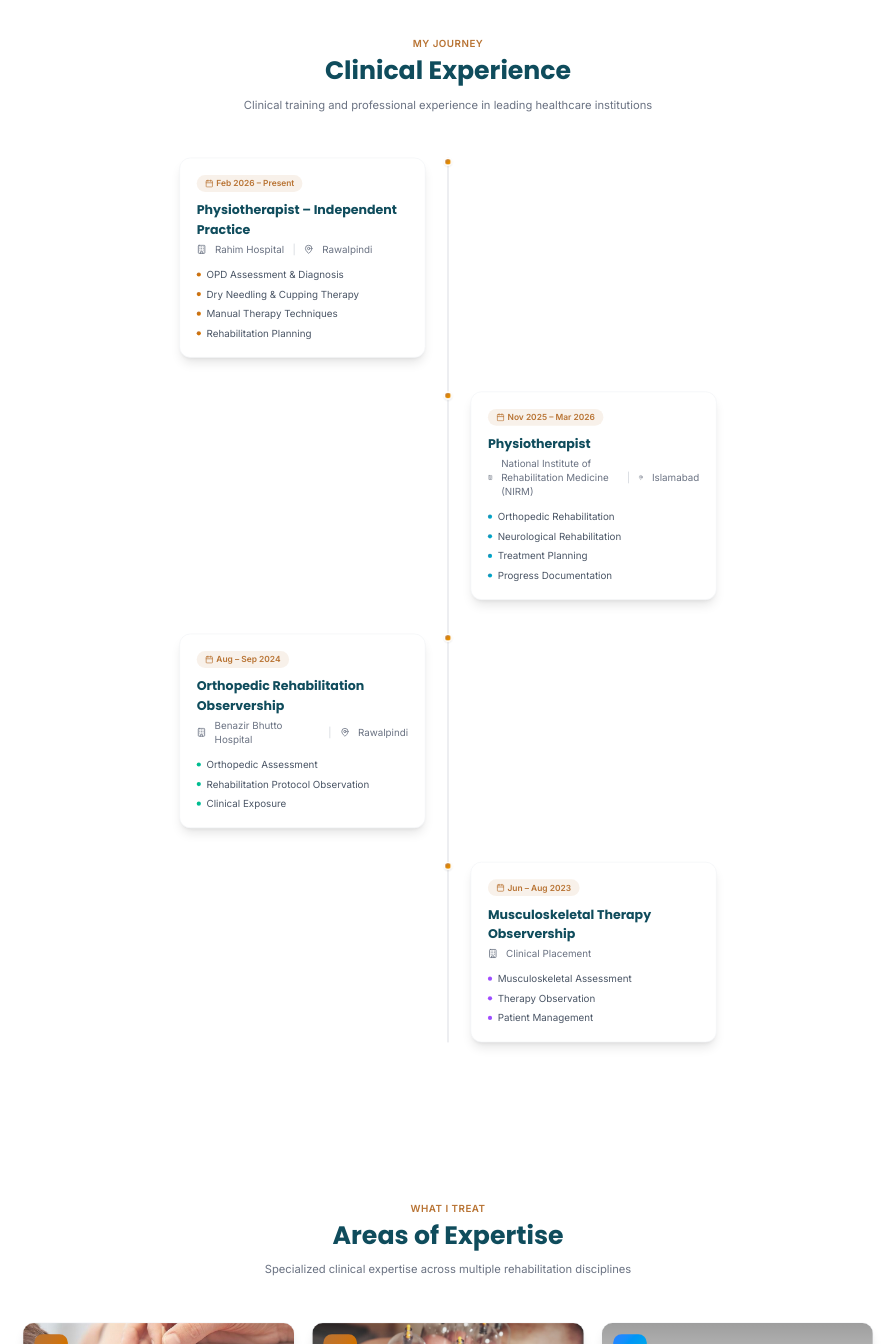
Repository: DaniGull01/dr_ghazala_mushtaq
Page: /
These files come from the project's save history. The page is drawn as it stood at one moment and after the next save; the edit follows.
The browser window is 1280 px wide. The pictures show the part of the page from y = 1793 to 3713 px (the page is 13087 px tall before and 12753 px after), at 70% of full size.
Pictures or frames that could not be fetched are drawn as grey boxes. The project was rebuilt for these pictures with package versions that can differ from the ones it lists, and the page was loaded fresh each time. Also part of the build but not shown: vite.config.js.

Above is the page before, as saved 2026-10-21 19:22:31.

### index.html
<!doctype html>
<html lang="en">
  <head>
    <meta charset="UTF-8" />
    <link rel="icon" type="image/svg+xml" href="/vite.svg" />
    <meta name="viewport" content="width=device-width, initial-scale=1.0" />
    <meta name="description" content="Dr. Ghazala Mushtaq - Doctor of Physical Therapy (DPT). Specializing in musculoskeletal, orthopedic, neurological and pediatric rehabilitation." />
    <meta name="keywords" content="physiotherapist, physical therapy, DPT, rehabilitation, Islamabad, Rawalpindi" />
    <link rel="preconnect" href="https://fonts.googleapis.com" />
    <link rel="preconnect" href="https://fonts.gstatic.com" crossorigin />
    <link href="https://fonts.googleapis.com/css2?family=Inter:wght@300;400;500;600;700&family=Poppins:wght@400;500;600;700;800&display=swap" rel="stylesheet" />
    <title>Dr. Ghazala Mushtaq | Doctor of Physical Therapy</title>
  </head>
  <body>
    <div id="root"></div>
    <script type="module" src="/src/main.jsx"></script>
  </body>
</html>

### src/App.jsx
import Navbar from './components/Navbar'
import Hero from './components/Hero'
import About from './components/About'
import Expertise from './components/Expertise'
import Services from './components/Services'
import Experience from './components/Experience'
import Certifications from './components/Certifications'
import Research from './components/Research'
import Skills from './components/Skills'
import Achievements from './components/Achievements'
import WhyChooseMe from './components/WhyChooseMe'
import CTA from './components/CTA'
import Contact from './components/Contact'
import Footer from './components/Footer'
import Reviews from './components/Reviews'

export default function App() {
  return (
    <div className="min-h-screen bg-white">
      <Navbar />
      <Hero />
      <About />
      <Experience />
      <Expertise />
      <Services />

      <Certifications />
      <Research />
      <Skills />
      <Achievements />
      <WhyChooseMe />
       <Reviews/>
      <CTA />
      <Contact />
      <Footer />
    </div>
  )
}

### src/index.css
@import "tailwindcss";

@theme {
  --color-deep-teal: #0F4C5C;
  --color-medical-blue: #2E86AB;
  --color-warm-copper: #B87333;
  --color-light-cream: #F8F5F0;
  --color-soft-gray: #6B7280;

  --font-heading: 'Poppins', sans-serif;
  --font-body: 'Inter', sans-serif;
}

html {
  scroll-behavior: smooth;
}

body {
  font-family: var(--font-body);
  color: #1f2937;
}

::-webkit-scrollbar {
  width: 8px;
}

::-webkit-scrollbar-track {
  background: #f1f1f1;
}

::-webkit-scrollbar-thumb {
  background: var(--color-medical-blue);
  border-radius: 4px;
}

::selection {
  background: var(--color-medical-blue);
  color: white;
}

### src/components/About.jsx
import { motion } from 'framer-motion'
import { Quote } from 'lucide-react'

const fadeUp = {
  hidden: { opacity: 0, y: 40 },
  visible: { opacity: 1, y: 0 },
}

export default function About() {
  return (
    <section id="about" className="py-20 lg:py-28 bg-light-cream">
      <div className="max-w-7xl mx-auto px-4 sm:px-6 lg:px-8">
        <div className="grid lg:grid-cols-2 gap-12 lg:gap-16 items-center">
          {/* Left - Image Placeholder */}
          <motion.div
            initial="hidden"
            whileInView="visible"
            viewport={{ once: true, margin: '-100px' }}
            variants={fadeUp}
            transition={{ duration: 0.6 }}
            className="relative"
          >
            <div className="relative rounded-3xl overflow-hidden shadow-2xl">
              <div className="w-full h-[500px]">
                <img
                  src="./1000512109.jpg"
                  alt="Dr. Ghazala Mushtaq"
                  className="w-full h-full object-contain"
                />
                {/* Gradient overlay */}

              </div>
            </div>
            {/* Decorative elements */}
            <div className="absolute -bottom-4 -right-4 w-24 h-24 border-2 border-warm-copper/30 rounded-2xl -z-10" />
            <div className="absolute -top-4 -left-4 w-24 h-24 bg-warm-copper/10 rounded-2xl -z-10" />
          </motion.div>

          {/* Right - Content */}
          <motion.div
            initial="hidden"
            whileInView="visible"
            viewport={{ once: true, margin: '-100px' }}
            variants={fadeUp}
            transition={{ duration: 0.6, delay: 0.2 }}
          >
            <span className="text-warm-copper font-semibold text-sm tracking-wider uppercase">About Doctor</span>
            <h2 className="text-3xl lg:text-4xl font-heading font-bold text-deep-teal mt-2 mb-6">
              Meet Dr. Ghazala Mushtaq
            </h2>
            <p className="text-gray-600 leading-relaxed mb-6">
             Dr. Ghazala Mushtaq is a Doctor of Physical Therapy (DPT) and Consultant Physiotherapist dedicated to providing patient-centered physiotherapy and rehabilitation services. She focuses on helping individuals improve mobility, manage pain, restore physical function, and enhance their quality of life through individualized rehabilitation plans and evidence-informed clinical care.
            </p>
            <p className="text-gray-600 leading-relaxed mb-8">
              She has professional experience in hospital-based physiotherapy and clinical practice, along with specialized training in dry needling and cupping therapy. Her approach emphasizes appropriate assessment, personalized treatment, patient education, and functional recovery.
            </p>

            <div className="grid grid-cols-2 gap-4">
              {[
                'Musculoskeletal Rehabilitation',
                'Orthopedic Rehabilitation',
                'Pediatric Rehabilitation',
                'Neurological Rehabilitation',
                'Post-Operative Care',
                'Pain Management',
              ].map((item, i) => (
                <motion.div
                  key={item}
                  initial={{ opacity: 0, x: -20 }}
                  whileInView={{ opacity: 1, x: 0 }}
                  viewport={{ once: true }}
                  transition={{ delay: 0.3 + i * 0.1 }}
                  className="flex items-center gap-2 text-gray-700"
                >
                  <div className="w-2 h-2 rounded-full bg-warm-copper flex-shrink-0" />
                  <span className="text-sm">{item}</span>
                </motion.div>
              ))}
            </div>
          </motion.div>
        </div>
      </div>
    </section>
  )
}

### src/components/Experience.jsx
import { motion } from 'framer-motion'
import { MapPin, Calendar, Building } from 'lucide-react'

const experiences = [
  {
    period: 'Feb 2026 – Present',
    title: 'Physiotherapist – Independent Practice',
    org: 'Rahim Hospital',
    location: 'Rawalpindi',
    color: 'from-warm-copper to-amber-600',
    items: [
      'OPD Assessment & Diagnosis',
      'Dry Needling & Cupping Therapy',
      'Manual Therapy Techniques',
      'Rehabilitation Planning',
    ],
  },
  {
    period: 'Nov 2025 – Mar 2026',
    title: 'Physiotherapist',
    org: 'National Institute of Rehabilitation Medicine (NIRM)',
    location: 'Islamabad',
    color: 'from-medical-blue to-cyan-500',
    items: [
      'Orthopedic Rehabilitation',
      'Neurological Rehabilitation',
      'Treatment Planning',
      'Progress Documentation',
    ],
  },
  {
    period: 'Aug – Sep 2024',
    title: 'Orthopedic Rehabilitation Observership',
    org: 'Benazir Bhutto Hospital',
    location: 'Rawalpindi',
    color: 'from-emerald-500 to-teal-500',
    items: [
      'Orthopedic Assessment',
      'Rehabilitation Protocol Observation',
      'Clinical Exposure',
    ],
  },
  {
    period: 'Jun – Aug 2023',
    title: 'Musculoskeletal Therapy Observership',
    org: 'Clinical Placement',
    location: '',
    color: 'from-purple-500 to-violet-500',
    items: [
      'Musculoskeletal Assessment',
      'Therapy Observation',
      'Patient Management',
    ],
  },
]

export default function Experience() {
  return (
    <section id="experience" className="py-20 lg:py-28 bg-white">
      <div className="max-w-7xl mx-auto px-4 sm:px-6 lg:px-8">
        <motion.div
          initial={{ opacity: 0, y: 30 }}
          whileInView={{ opacity: 1, y: 0 }}
          viewport={{ once: true }}
          transition={{ duration: 0.6 }}
          className="text-center mb-16"
        >
          <span className="text-warm-copper font-semibold text-sm tracking-wider uppercase">My Journey</span>
          <h2 className="text-3xl lg:text-4xl font-heading font-bold text-deep-teal mt-2">
            Clinical Experience
          </h2>
          <p className="text-gray-500 mt-4 max-w-2xl mx-auto">
            Clinical training and professional experience in leading healthcare institutions
          </p>
        </motion.div>

        <div className="relative max-w-3xl mx-auto">
          {/* Vertical Line */}
          <div className="absolute left-0 md:left-1/2 top-0 bottom-0 w-0.5 bg-gray-200 md:-translate-x-px" />

          {experiences.map((exp, index) => (
            <motion.div
              key={exp.title}
              initial={{ opacity: 0, x: index % 2 === 0 ? -40 : 40 }}
              whileInView={{ opacity: 1, x: 0 }}
              viewport={{ once: true, margin: '-50px' }}
              transition={{ duration: 0.6, delay: index * 0.1 }}
              className={`relative flex flex-col md:flex-row gap-6 md:gap-12 mb-12 last:mb-0 ${
                index % 2 === 0 ? 'md:flex-row' : 'md:flex-row-reverse'
              }`}
            >
              {/* Timeline Dot */}
              <div className="absolute left-[-5px] md:left-1/2 md:-translate-x-1/2 w-3 h-3 rounded-full bg-gradient-to-br from-warm-copper to-amber-500 border-2 border-white shadow z-10" />

              {/* Content Card */}
              <div className={`ml-8 md:ml-0 md:w-1/2 ${index % 2 === 0 ? 'md:pr-8' : 'md:pl-8'}`}>
                <div className="bg-white rounded-2xl p-6 shadow-lg hover:shadow-xl transition-all duration-300 border border-gray-100">
                  <span className="inline-flex items-center gap-1 text-xs font-semibold text-warm-copper bg-warm-copper/10 px-3 py-1 rounded-full mb-3">
                    <Calendar size={12} />
                    {exp.period}
                  </span>
                  <h3 className="text-lg font-heading font-bold text-deep-teal mb-1">{exp.title}</h3>
                  <div className="flex items-center gap-3 text-gray-500 text-sm mb-4">
                    <Building size={14} />
                    <span>{exp.org}</span>
                    {exp.location && (
                      <>
                        <span className="text-gray-300">|</span>
                        <MapPin size={14} />
                        <span>{exp.location}</span>
                      </>
                    )}
                  </div>
                  <ul className="space-y-2">
                    {exp.items.map((item) => (
                      <li key={item} className="flex items-center gap-2 text-gray-600 text-sm">
                        <div className={`w-1.5 h-1.5 rounded-full bg-gradient-to-br ${exp.color} flex-shrink-0`} />
                        {item}
                      </li>
                    ))}
                  </ul>
                </div>
              </div>
            </motion.div>
          ))}
        </div>
      </div>
    </section>
  )
}

### src/components/Skills.jsx
import { motion } from 'framer-motion'
import { useInView } from 'framer-motion'
import { useRef } from 'react'

const skills = [
  { name: 'Patient Assessment', level: 95 },
  { name: 'Manual Therapy', level: 92 },
  { name: 'Musculoskeletal Rehabilitation', level: 93 },
  { name: 'Orthopedic Rehabilitation', level: 90 },
  { name: 'Neurological Rehabilitation', level: 85 },
  { name: 'Dry Needling', level: 88 },
  { name: 'Cupping Therapy', level: 90 },
  { name: 'Electrotherapy', level: 87 },
  { name: 'Pain Management', level: 91 },
  { name: 'Documentation & Reporting', level: 89 },
]

function SkillBar({ name, level, index }) {
  const ref = useRef(null)
  const isInView = useInView(ref, { once: true, margin: '-50px' })

  return (
    <div ref={ref} className="space-y-2">
      <div className="flex justify-between items-center">
        <span className="text-sm font-medium text-gray-700">{name}</span>
        <span className="text-xs font-bold text-medical-blue">{level}%</span>
      </div>
      <div className="w-full h-2.5 bg-gray-100 rounded-full overflow-hidden">
        <motion.div
          initial={{ width: 0 }}
          animate={isInView ? { width: `${level}%` } : { width: 0 }}
          transition={{ duration: 1, delay: index * 0.1, ease: 'easeOut' }}
          className="h-full rounded-full bg-gradient-to-r from-medical-blue to-deep-teal"
        />
      </div>
    </div>
  )
}

export default function Skills() {
  return (
    <section id="skills" className="py-20 lg:py-28 bg-light-cream">
      <div className="max-w-7xl mx-auto px-4 sm:px-6 lg:px-8">
        <motion.div
          initial={{ opacity: 0, y: 30 }}
          whileInView={{ opacity: 1, y: 0 }}
          viewport={{ once: true }}
          transition={{ duration: 0.6 }}
          className="text-center mb-16"
        >
          <span className="text-warm-copper font-semibold text-sm tracking-wider uppercase">Proficiencies</span>
          <h2 className="text-3xl lg:text-4xl font-heading font-bold text-deep-teal mt-2">
            Professional Skills
          </h2>
          <p className="text-gray-500 mt-4 max-w-2xl mx-auto">
            Clinical competencies developed through rigorous training and practice
          </p>
        </motion.div>

        <div className="grid lg:grid-cols-5 gap-8 items-center max-w-5xl mx-auto">
          {/* Skills Bars */}
          <div className="lg:col-span-3">
            <div className="grid sm:grid-cols-2 gap-x-12 gap-y-6">
              {skills.map((skill, index) => (
                <SkillBar key={skill.name} name={skill.name} level={skill.level} index={index} />
              ))}
            </div>
          </div>

          {/* Image */}
          <motion.div
            initial={{ opacity: 0, x: 30 }}
            whileInView={{ opacity: 1, x: 0 }}
            viewport={{ once: true }}
            transition={{ duration: 0.6, delay: 0.3 }}
            className="lg:col-span-2"
          >
            <div className="relative rounded-3xl overflow-hidden shadow-xl">
              <img
                src="https://images.unsplash.com/photo-1579684385127-1ef15d508118?w=500&q=80"
                alt="Physiotherapy practice"
                className="w-full h-72 lg:h-96 object-cover"
                loading="lazy"
              />
              <div className="absolute inset-0 bg-gradient-to-t from-deep-teal/50 via-transparent to-transparent" />
              <div className="absolute bottom-6 left-6 right-6">
                <p className="text-white font-heading font-semibold text-lg">Comprehensive Care</p>
                <p className="text-white/80 text-sm">Evidence-based techniques for every condition</p>
              </div>
            </div>
          </motion.div>
        </div>
      </div>
    </section>
  )
}

### src/components/CTA.jsx
import { motion } from 'framer-motion'
import { Calendar, MessageCircle } from 'lucide-react'

export default function CTA() {
  return (
    <section className="relative py-24 lg:py-32 overflow-hidden">
      {/* Background */}
      <div className="absolute inset-0 bg-gradient-to-br from-deep-teal via-deep-teal to-medical-blue" />

      {/* Medical Background Image */}
      <div
        className="absolute inset-0 opacity-10"
        style={{
          backgroundImage: "url('https://images.unsplash.com/photo-1576091160399-112ba8d25d1d?w=1920&q=80')",
          backgroundSize: 'cover',
          backgroundPosition: 'center',
        }}
      />

      {/* Abstract Medical Shapes */}
      <div className="absolute inset-0 opacity-10">
        <div className="absolute top-10 left-10 w-64 h-64 border border-white/30 rounded-full" />
        <div className="absolute bottom-10 right-10 w-80 h-80 border border-white/20 rounded-full" />
        <div className="absolute top-1/2 left-1/2 -translate-x-1/2 -translate-y-1/2 w-96 h-96 border border-white/10 rounded-full" />
        <div className="absolute top-20 right-20 w-48 h-48 bg-white/10 rounded-full blur-3xl" />
        <div className="absolute bottom-20 left-20 w-56 h-56 bg-warm-copper/20 rounded-full blur-3xl" />
        {/* Cross/plus medical symbols */}
        <div className="absolute top-1/4 left-1/4 text-white/20 text-6xl font-light">+</div>
        <div className="absolute bottom-1/4 right-1/4 text-white/20 text-6xl font-light">+</div>
      </div>

      <div className="relative max-w-4xl mx-auto px-4 sm:px-6 lg:px-8 text-center">
        <motion.div
          initial={{ opacity: 0, y: 30 }}
          whileInView={{ opacity: 1, y: 0 }}
          viewport={{ once: true }}
          transition={{ duration: 0.6 }}
        >
          <h2 className="text-3xl sm:text-4xl lg:text-5xl font-heading font-bold text-white mb-6 leading-tight">
            Start Your Recovery Journey Today
          </h2>
          <p className="text-gray-200 text-lg max-w-2xl mx-auto mb-10 leading-relaxed">
            Take the first step toward a pain-free, active lifestyle. Book your consultation now and experience personalized physiotherapy care.
          </p>
          <div className="flex flex-wrap justify-center gap-4">
            <a
              href="#contact"
              className="inline-flex items-center gap-2 bg-warm-copper hover:bg-warm-copper/90 text-white px-8 py-3.5 rounded-full font-semibold text-base transition-all hover:shadow-xl hover:shadow-warm-copper/30"
            >
              <Calendar size={18} />
              Book Appointment
            </a>
            <a
              href="https://wa.me/923188910400"
              target="_blank"
              rel="noopener noreferrer"
              className="inline-flex items-center gap-2 bg-white/10 hover:bg-white/20 text-white px-8 py-3.5 rounded-full font-semibold text-base transition-all border border-white/30"
            >
              <MessageCircle size={18} />
              WhatsApp Consultation
            </a>
          </div>
        </motion.div>
      </div>
    </section>
  )
}

### src/components/Reviews.jsx
import { motion } from 'framer-motion'
import ReviewsList from './ReviewsList'
import ReviewForm from './ReviewForm'

export default function Reviews() {
  return (
    <section id="reviews" className="py-20 lg:py-28 bg-light-cream">
      <div className="max-w-7xl mx-auto px-4 sm:px-6 lg:px-8">
        <motion.div
          initial={{ opacity: 0, y: 30 }}
          whileInView={{ opacity: 1, y: 0 }}
          viewport={{ once: true }}
          transition={{ duration: 0.6 }}
          className="text-center mb-16"
        >
          <span className="text-warm-copper font-semibold text-sm tracking-wider uppercase">
            Patient Feedback
          </span>
          <h2 className="text-3xl lg:text-4xl font-heading font-bold text-deep-teal mt-2">
            What Patients Say
          </h2>
          <p className="text-gray-500 mt-4 max-w-2xl mx-auto">
            Real experiences from people who've completed treatment
          </p>
        </motion.div>

        <div className="grid lg:grid-cols-5 gap-8 items-start">
          {/* Reviews take more visual weight — social proof first */}
          <div className="lg:col-span-3">
            <ReviewsList />
          </div>
          <div className="lg:col-span-2 lg:sticky lg:top-24">
            <ReviewForm />
          </div>
        </div>
      </div>
    </section>
  )
}

Loaded but not shown: src/main.jsx (common file); src/components/Contact.jsx (258 lines, source omitted); src/components/Services.jsx (236 lines, source omitted); src/components/ReviewsList.jsx (208 lines, source omitted); src/components/ReviewForm.jsx (196 lines, source omitted); src/components/Hero.jsx (137 lines, source omitted); src/components/Navbar.jsx (142 lines, source omitted); src/components/Expertise.jsx (134 lines, source omitted); src/components/Achievements.jsx (101 lines, source omitted); src/components/Footer.jsx (106 lines, source omitted); src/components/Certifications.jsx (111 lines, source omitted); src/components/Research.jsx (82 lines, source omitted); src/components/WhyChooseMe.jsx (90 lines, source omitted)

After the next save:
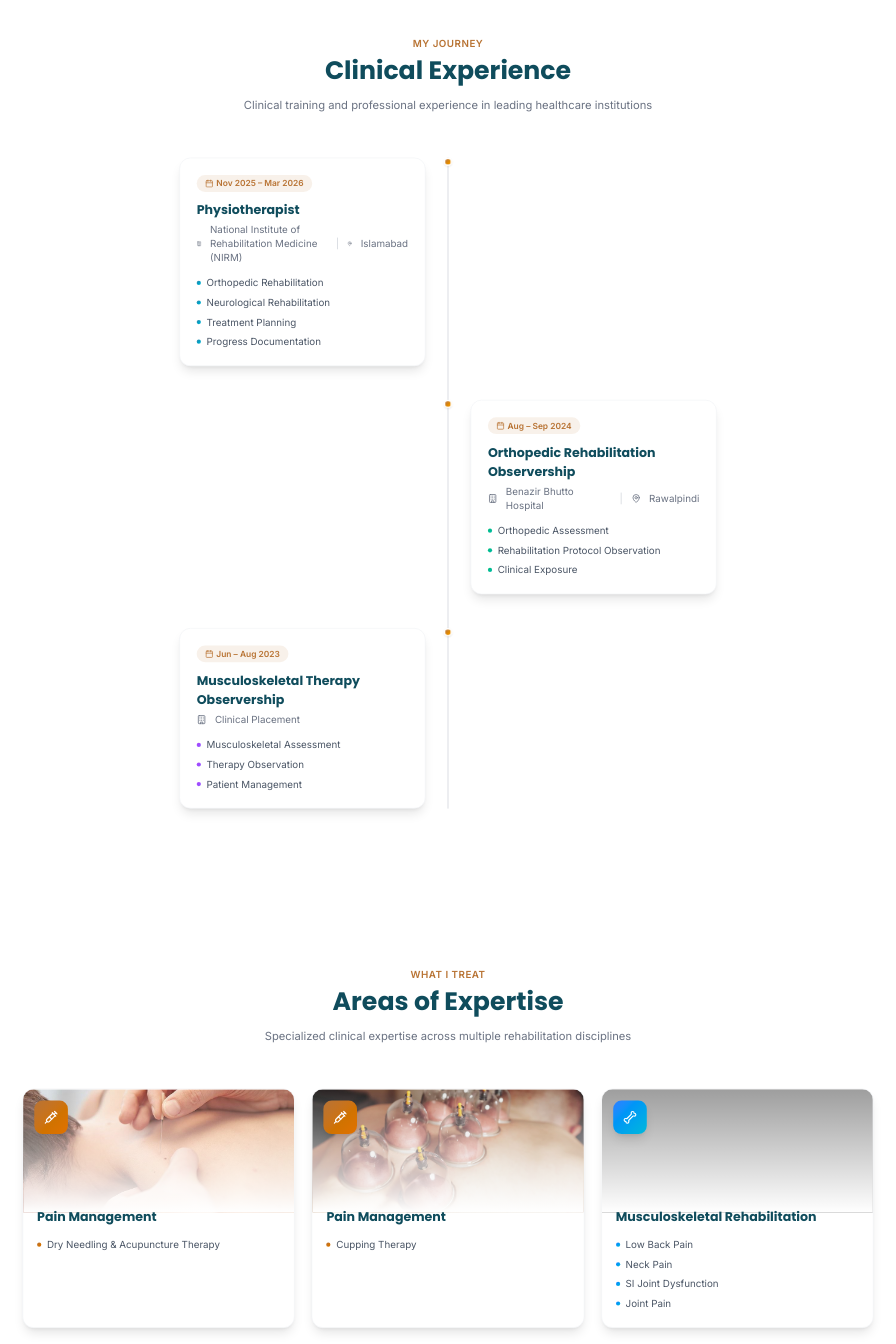
Saved 67 s later.
--- a/src/components/Experience.jsx
+++ b/src/components/Experience.jsx
@@ -2,19 +2,7 @@ import { motion } from 'framer-motion'
 import { MapPin, Calendar, Building } from 'lucide-react'
 
 const experiences = [
-  {
-    period: 'Feb 2026 – Present',
-    title: 'Physiotherapist – Independent Practice',
-    org: 'Rahim Hospital',
-    location: 'Rawalpindi',
-    color: 'from-warm-copper to-amber-600',
-    items: [
-      'OPD Assessment & Diagnosis',
-      'Dry Needling & Cupping Therapy',
-      'Manual Therapy Techniques',
-      'Rehabilitation Planning',
-    ],
-  },
+
   {
     period: 'Nov 2025 – Mar 2026',
     title: 'Physiotherapist',
